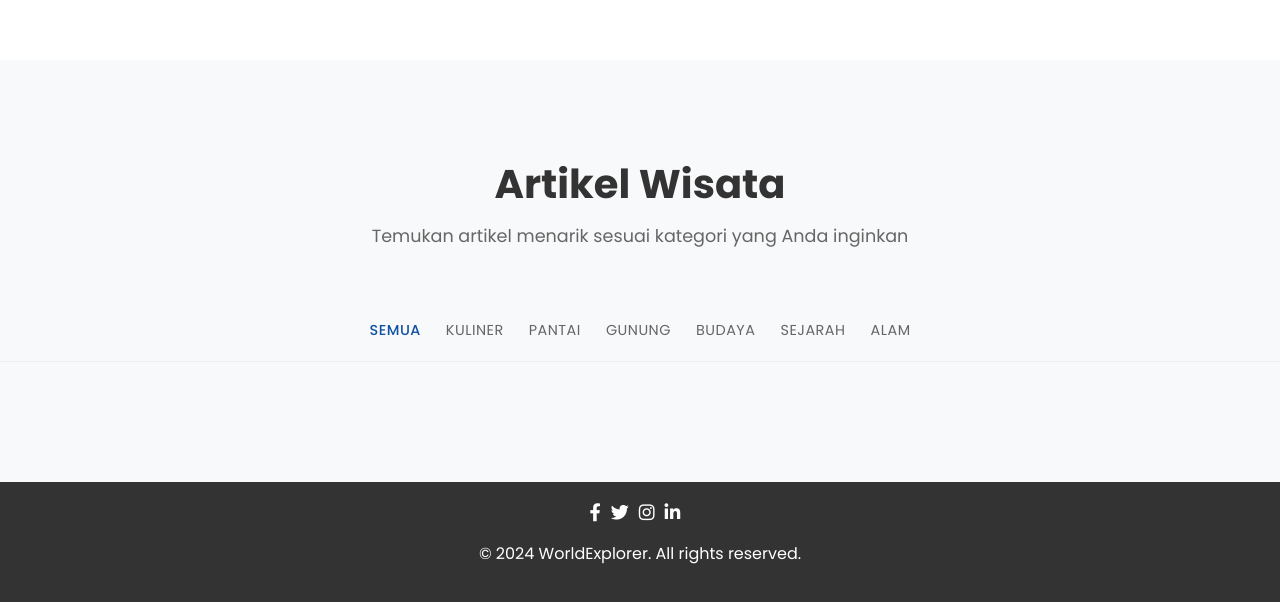
Repository: jalssonn/UAS_FRONTEND_NEW
Page: frontend/index.html
The author's editor kept a copy of each file at every save. The page is drawn from the files as they stood at one save, then again after the next save.
The browser window is 1280 px wide. The pictures show the part of the page from y = 3750 to 4352 px (the page is 4352 px tall).
A picture or video elsewhere on the page could not be fetched, so the positions and the page height are approximate. The page's requests for data from a server got no answer.

Above is the page before, as saved 2024-12-06 04:10:46.

After the next save:
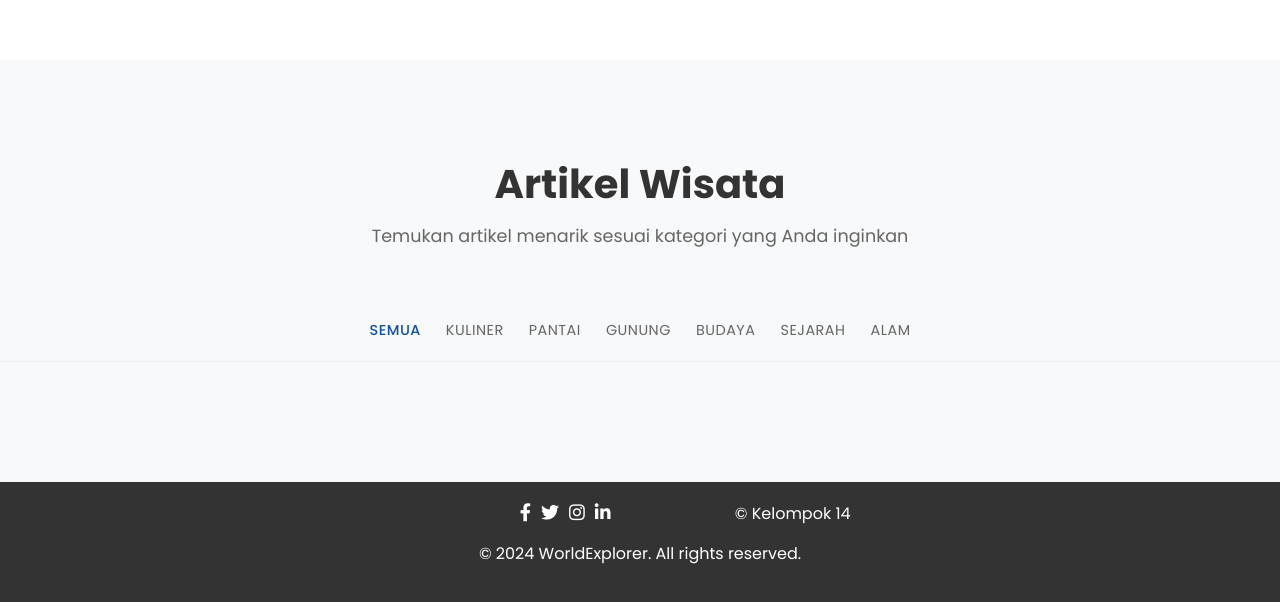
Saved 49 s later.
--- a/frontend/index.html
+++ b/frontend/index.html
@@ -219,6 +219,9 @@
                         </ul>
                     </div>
                     <div class="col-auto text-center">
+                        <p>&copy; Kelompok 14</p>
+                    </div>
+                    <div class="col-auto text-center">
                         <p>&copy; 2024 WorldExplorer. All rights reserved.</p>
                     </div>
                 </div>
